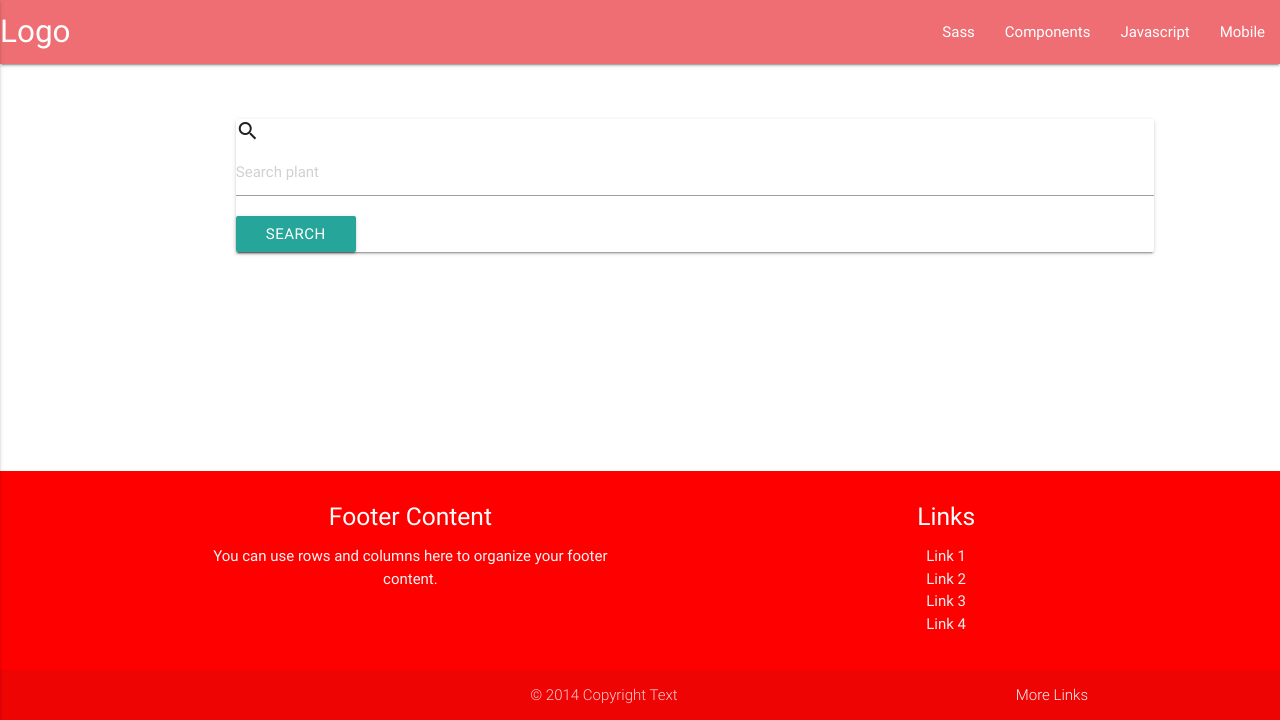
Repository: Lemoenskil/Milestone_project_3_Garden_planner
Page: http://localhost/
The author's editor kept a record of every edit. The page is drawn from the files as they stood at one moment, then again after the next edit.
The browser window is 1280 px wide. The pictures show the whole page.
Some web libraries are served in a nearby version. The page is served by the project's application, run on Flask 3 (app.py). Queries for data that is not in the repository find no rows.

Above is the page before.

### templates/plant_records.html
{% extends "base.html" %}
{% block content %}

    <div class="row text-center justify-content-center">
      {% for plant in plants%}

        <a href="#" class="card col-md-11 col-lg-3 mt-5 col-sm-11 col-xl-3" >
          <img src="{{plant.picture_link}}" class="card-img-top" alt="">
              <div class="card-body">
                <h5 class="card-title">{{plant.plant_name}}</h5>
              </div>
        </a>
      {%endfor%}
    <!--< /div> -->
    <!--<div class="row justify-content-center">-->
        <div class="col-10-lg search_box">
          <form class="card card-sm">
              <div class="card-body row  align-items-center">
                  <div class="col-1">
                      <i class="material-icons">search</i>
                  </div>
                  <!--end of col-->
                  <div class="col-9">
                      <input class="form-control form-control-lg form-control-borderless" type="search" placeholder="Search plant">
                  </div>
                  <!--end of col-->
                  <div class="col-1">
                      <button class="btn btn-primary" type="submit">Search</button>
                  </div>
                  <!--end of col-->
              </div>
            </form>
          </div>
      </div>


{% endblock %}

### templates/base.html
<!DOCTYPE html>
<html lang="en">
<head>
    <meta charset="UTF-8">
    <meta name="viewport" content="width=device-width, initial-scale=1.0">
    <meta http-equiv="X-UA-Compatible" content="ie=edge">
    <link href="https://fonts.googleapis.com/icon?family=Material+Icons" rel="stylesheet">
    <link rel="stylesheet" href="https://cdnjs.cloudflare.com/ajax/libs/materialize/0.100.2/css/materialize.min.css">
    <link rel="stylesheet" href="{{url_for('static', filename='css/style.css')}}" type="text/css" />
    <title>Garden Planner</title>
</head>
<body>
    <header>
       <nav>
            <div class="nav-wrapper">
                <a href="#!" class="brand-logo">Logo</a>
                <a href="#" data-activates="mobile-demo" class="button-collapse"><i class="material-icons">menu</i></a>
                <ul class="right hide-on-med-and-down">
                    <li><a href="sass.html">Sass</a></li>
                    <li><a href="badges.html">Components</a></li>
                    <li><a href="collapsible.html">Javascript</a></li>
                    <li><a href="mobile.html">Mobile</a></li>
                </ul>
                <ul class="side-nav" id="mobile-demo">
                    <li><a href="sass.html">Sass</a></li>
                    <li><a href="badges.html">Components</a></li>
                    <li><a href="collapsible.html">Javascript</a></li>
                    <li><a href="mobile.html">Mobile</a></li>
                </ul>
            </div>
        </nav>
    </header>

    <div class="container">
        {% block content %} {% endblock %}
    </div>

    <footer class="page-footer">
        <div class="container">
            <div class="row">
                <div class="col l6 s12">
                    <h5 class="white-text">Footer Content</h5>
                    <p class="grey-text text-lighten-4">You can use rows and columns here to organize your footer content.</p>
                </div>
                <div class="col l4 offset-l2 s12">
                    <h5 class="white-text">Links</h5>
                    <ul>
                        <li><a class="grey-text text-lighten-3" href="#!">Link 1</a></li>
                        <li><a class="grey-text text-lighten-3" href="#!">Link 2</a></li>
                        <li><a class="grey-text text-lighten-3" href="#!">Link 3</a></li>
                        <li><a class="grey-text text-lighten-3" href="#!">Link 4</a></li>
                    </ul>
                </div>
            </div>
        </div>
        <div class="footer-copyright">
            <div class="container">
                © 2014 Copyright Text
                <a class="grey-text text-lighten-4 right" href="#!">More Links</a>
            </div>
        </div>
    </footer>

    <script src="https://cdnjs.cloudflare.com/ajax/libs/jquery/3.2.1/jquery.min.js"></script>
    <script src="https://cdnjs.cloudflare.com/ajax/libs/materialize/0.100.2/js/materialize.min.js"></script>
    <script type="text/javascript">
        $(document).ready(function() {
            $(".button-collapse").sideNav();
        });
    </script>
</body>
</html>

### app.py
import os
from flask import Flask, render_template, redirect, request, url_for
from flask_pymongo import PyMongo, DESCENDING
from bson.objectid import ObjectId


app = Flask ("----name----")
app.config["MONGO_DBNAME"] = 'garden_planner'
app.config["MONGO_URI"] = 'mongodb+srv://CP3O:iYmkh8QOgi2fhu2y@lemoenskil-4vjdx.mongodb.net/garden_planner?retryWrites=true&w=majority'

mongo = PyMongo(app)

@app.route('/')
@app.route('/plant_records')
def get_plant_record():
    plant_cards = mongo.db.plant_data.find().sort([('views', DESCENDING)]).limit(6)
    return render_template("plant_records.html", title="Home", plants = plant_cards)

@app.route('/view_plant/<plants_id>')
def view_plant(plants_id):
    """View plant record"""
    plants = mongo.db.plant_data.find_one_or_404({'_id': ObjectId(plants_id)})
    return render_template("view_plant.html", plant=plants)

@app.route('/edit_category/<category_id>')
def edit_category(category_id):
    return render_template('editcategory.html',
                           category=mongo.db.categories.find_one({'_id': ObjectId(category_id)}))


if __name__ == '__main__':
    app.run(host=os.environ.get('IP'),
            port=int(os.environ.get('PORT')),
            debug=True)

### static/css/style.css
.mt-5, .my-5 {
    margin: 2rem!important;
}

.card{
  width: 100%;
}

body {
  display: flex;
  min-height: 100vh;
  flex-direction: column;
}

main {
  flex: 1 0 auto;
}


.page-footer{
    position: fixed;
   left: 0;
   bottom: 0;
   width: 100%;
   background-color: red;
   color: white;
   text-align: center;
}

.card-sm{
  margin-bottom: 50px;
}

.form-control-borderless {
    border: none;
}

.form-control-borderless:hover, .form-control-borderless:active, .form-control-borderless:focus {
    border: none;
    outline: none;
    box-shadow: none;
}

.search_box{
    width: 100%;
    margin: 6%;
}
.align-items-center{
    margin: 0px!important;
}

After the next edit:
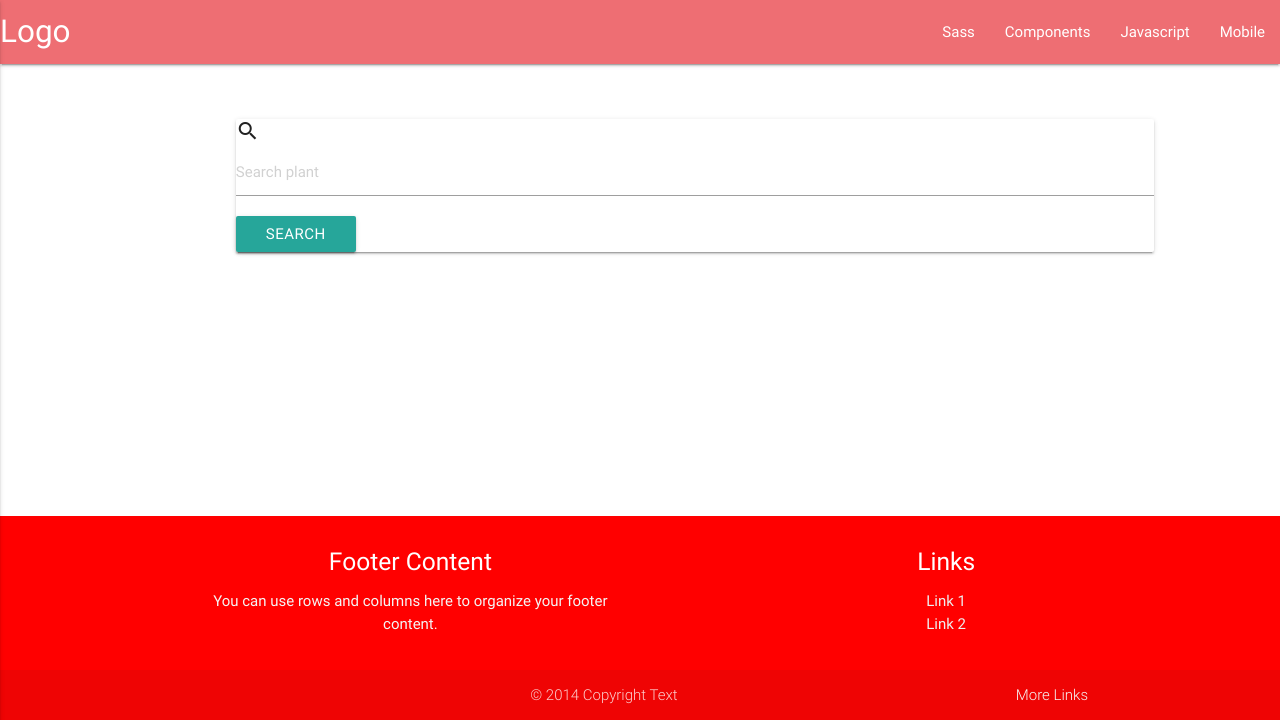
The edit:
--- a/templates/base.html
+++ b/templates/base.html
@@ -47,8 +47,6 @@
                     <ul>
                         <li><a class="grey-text text-lighten-3" href="#!">Link 1</a></li>
                         <li><a class="grey-text text-lighten-3" href="#!">Link 2</a></li>
-                        <li><a class="grey-text text-lighten-3" href="#!">Link 3</a></li>
-                        <li><a class="grey-text text-lighten-3" href="#!">Link 4</a></li>
                     </ul>
                 </div>
             </div>
